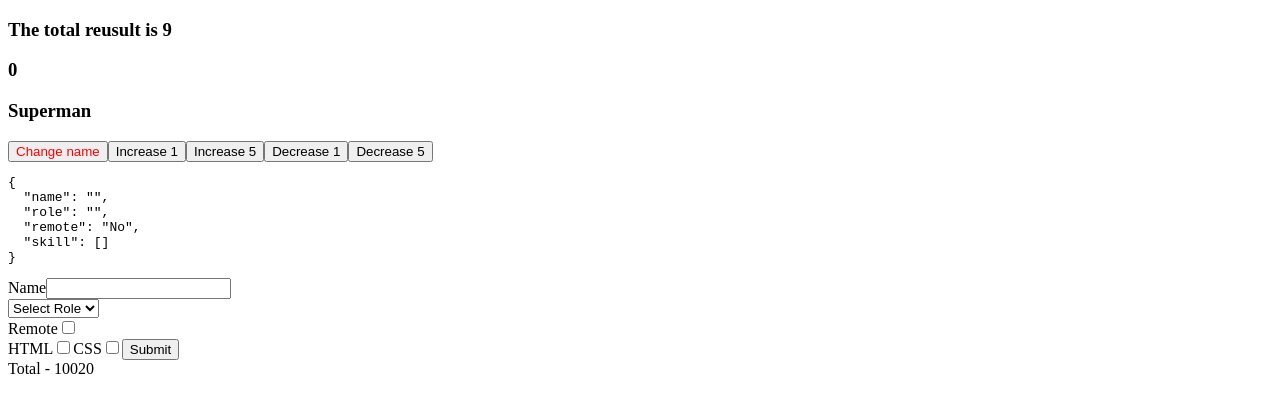
Repository: KZH2001/Vue_Practice
Page: / (app in Tutorial/)
These files come from the project's save history. The page is drawn as it stood at one moment and after the next save; the edit follows.
The browser window is 1280 px wide. The pictures show the whole page.
The project was rebuilt for these pictures with package versions that can differ from the ones it lists, and the page was loaded fresh each time. Also part of the build but not shown: Tutorial/vite.config.js.

Above is the page before, as saved 2026-01-20 20:31:46.

After the next save:
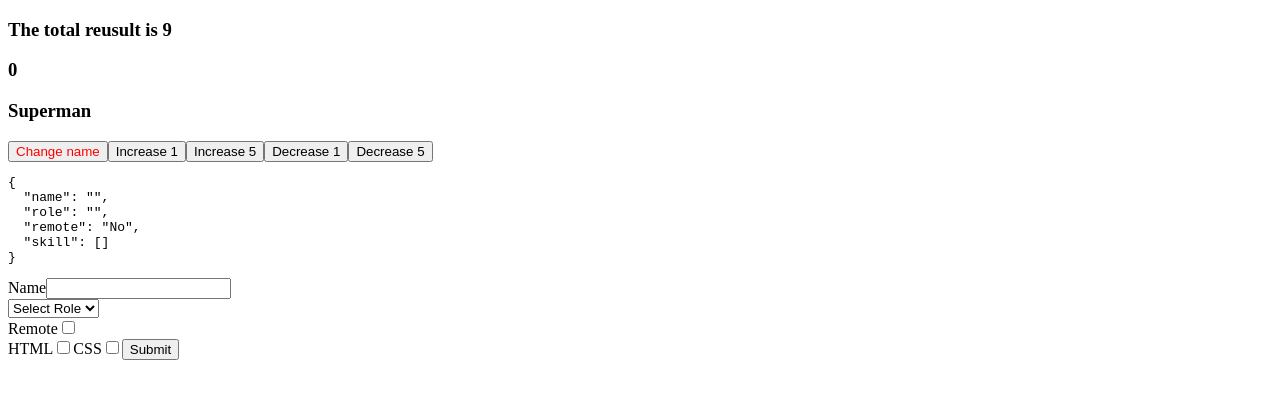
Saved 7 min 27 s later.
--- a/Tutorial/src/App.vue
+++ b/Tutorial/src/App.vue
@@ -39,7 +39,7 @@
   </form>
 
 
-  <di>Total - {{ items.reduce((total,curr)=> (total =  total + curr.price),0) }}</di>
+  <!-- <di>Total - {{ items.reduce((total,curr)=> (total =  total + curr.price),0) }}</di> -->
   </template>
 
   <style scoped>
